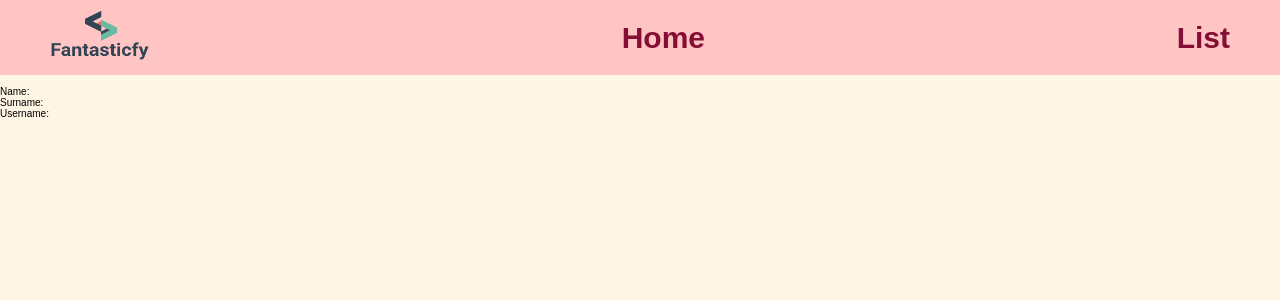
Repository: ChristianGecchelin/fullstack-react-node-fantasticfy
Page: /user-list (app in front/)
These files come from the project's save history. The page is drawn as it stood at one moment and after the next save; the edit follows.
The browser window is 1280 px wide. The pictures show the whole page.
The page's requests for data from a server got no answer. The project was rebuilt for these pictures with package versions that can differ from the ones it lists, and the page was loaded fresh each time. No one was signed in, and anything a server would have sent is missing. Also part of the build but not shown: front/src/Pages/UserProfile.jsx, front/src/App.css.

Above is the page before, as saved 2022-09-03 22:25:11.

After the next save:
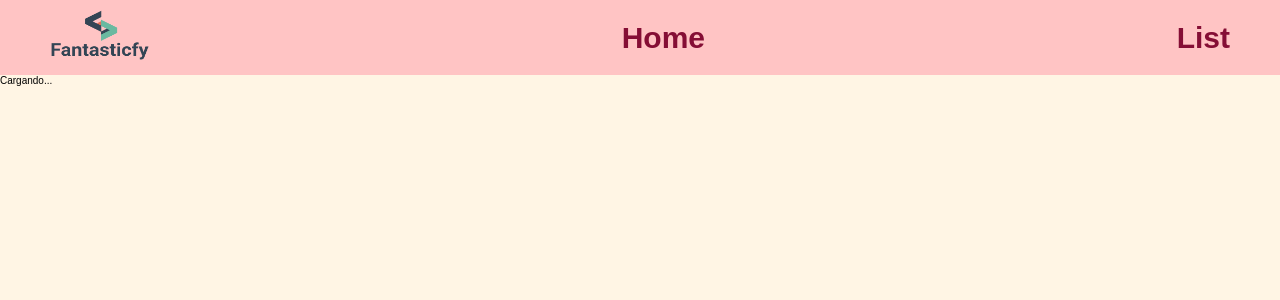
Saved 56 s later.
--- a/front/src/Pages/UserList.jsx
+++ b/front/src/Pages/UserList.jsx
@@ -14,14 +14,18 @@ export const UserList = () => {
 
   return (
     <section>
-      <div>
-        <img src="" alt="" />
+      {list.length > 0 ? (
         <div>
-          <p>Name:</p>
-          <p>Surname:</p>
-          <p>Username:</p>
+          <img src="" alt="" />
+          <div>
+            <p>Name:</p>
+            <p>Surname:</p>
+            <p>Username:</p>
+          </div>
         </div>
-      </div>
+      ) : (
+        <p>Cargando...</p>
+      )}
     </section>
   );
 };
